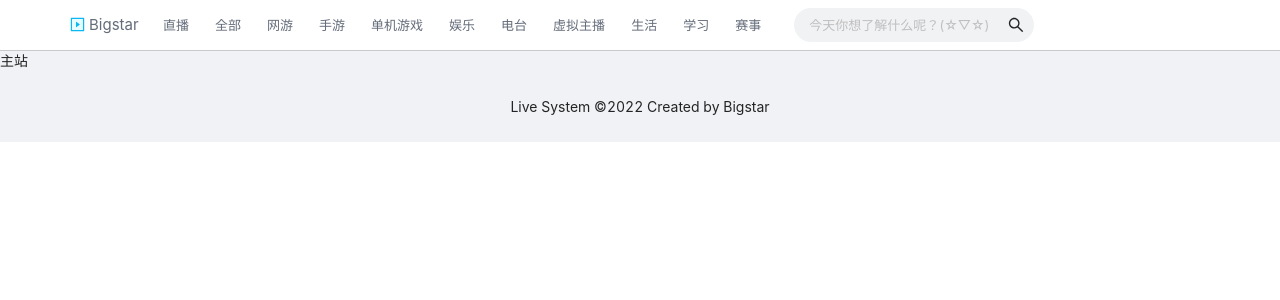
Repository: Bigstar-hyx/webrtc-react
Page: /
The author's editor kept a copy of each file at every save. The page is drawn from the files as they stood at one save, then again after the next save.
The browser window is 1280 px wide. The pictures show the whole page.
The project was rebuilt for these pictures with package versions that can differ from the ones it lists, and the page was loaded fresh each time. Also part of the build but not shown: craco.config.js, webpack.config.js, src/pages/live/Index.css, src/pages/live/component/Content/Video/video.css, src/pages/live/component/Content/Video/Video.js, src/pages/live/component/Content/Comments/comments.css, src/pages/live/component/Content/Comments/TalkSend.js, src/pages/live/component/Content/Comments/Talk.js and 5 more.

Above is the page before, as saved 2022-01-30 17:41:40.

### src/index.js
import * as React from 'react'
import * as ReactDOM from 'react-dom'
import { BrowserRouter } from 'react-router-dom'
import App from './App.js'

ReactDOM.render(
  <BrowserRouter>
    <App />
  </BrowserRouter>,
  document.getElementById('root')
)

### src/App.js
import * as React from 'react'
import { Routes, Route } from 'react-router-dom'

import LiveIndex from './pages/live/Index'
import HomeIndex from './pages/home/Index'
import ViewerIndex from './pages/viewer/Index'
import TopIndex from './top/Index'

import { Layout } from 'antd'

const { Header, Footer, Content } = Layout

function App() {
  return (
    <>
      <Layout>
        <Header>
          <TopIndex />
        </Header>
        <Content>
          <Routes>
            <Route path="/" element={<HomeIndex />} />
            <Route path="live" element={<LiveIndex />} />
            <Route path="viewer" element={<ViewerIndex />} />
          </Routes>
        </Content>
        <Footer style={{ textAlign: 'center' }}>Live System ©2022 Created by Bigstar</Footer>
      </Layout>
    </>
  )
}

export default App

### src/pages/home/Index.js
import React, { Component } from 'react'

export class HomeIndex extends Component {
  render() {
    return <div>主站</div>
  }
}

export default HomeIndex

### src/top/Index.js
// import { PlaySquareTwoTone } from 'antd'
import { PlaySquareTwoTone } from '@ant-design/icons'

import TopMenu from './component/TopMenu'
import TopSearch from './component/TopSearch'

import './index.css'

function TopIndex() {
  return (
    <>
      <div className="logo">
        <PlaySquareTwoTone twoToneColor="#0BB6F1" />
        &nbsp;Bigstar
      </div>
      <TopMenu />
      <TopSearch />
    </>
  )
}

export default TopIndex

### src/top/component/TopMenu.js
import './top-menu.css'

function TopMenu() {
  return (
    <div>
      <ul>
        <li>
          <a href="">直播</a>
        </li>
        <li>
          <a href="">全部</a>
        </li>
        <li>
          <a href="">网游</a>
        </li>
        <li>
          <a href="">手游</a>
        </li>
        <li>
          <a href="">单机游戏</a>
        </li>
        <li>
          <a href="">娱乐</a>
        </li>
        <li>
          <a href="">电台</a>
        </li>
        <li>
          <a href="">虚拟主播</a>
        </li>
        <li>
          <a href="">生活</a>
        </li>
        <li>
          <a href="">学习</a>
        </li>
        <li>
          <a href="">赛事</a>
        </li>
      </ul>
    </div>
  )
}

export default TopMenu

### src/top/component/TopSearch.js
import { Input } from 'antd'
import { SearchOutlined } from '@ant-design/icons'

import './top-search.css'

function TopSearch() {
  return (
    <div>
      <Input className="search" size="large" placeholder="今天你想了解什么呢？(☆▽☆)" suffix={<SearchOutlined />} />
    </div>
  )
}

export default TopSearch

### src/top/index.css
.ant-layout-header {
  height: 50px;
  padding: 0 50px;
  box-shadow: 0px 0px 1px #000;
  color: rgba(0, 0, 0, 0.85);
  line-height: 50px;
  background: #fff;
}
.logo {
  float: left;
  padding: 0px 0px 0px 20px;
  width: 100px;
  color: #646c7a;
  font-size: 15px;
}

### src/pages/live/component/Content/Comments/Comments.js
import React, { useState } from 'react'
import { Card } from 'antd'
import './comments.css'
import Talk from './Talk'
import SList from './SList'

const tabListNoTitle = [
  {
    key: 'talk',
    tab: '讨论区'
  },
  {
    key: 'slist',
    tab: '学员列表'
  }
]

const contentListNoTitle = {
  talk: <Talk />,
  slist: <SList />
}

function Comments() {
  const [activeTabKey2, setActiveTabKey2] = useState('talk')

  const onTab2Change = key => {
    setActiveTabKey2(key)
  }
  return (
    <div className="comments-box">
      <Card
        className="card"
        tabList={tabListNoTitle}
        activeTabKey={activeTabKey2}
        onTabChange={key => {
          onTab2Change(key)
        }}
      >
        {contentListNoTitle[activeTabKey2]}
      </Card>
    </div>
  )
}

export default Comments

### src/top/component/top-menu.css
ul {
  margin: auto 10px;
}
ul li a {
  float: left;
  color: #646c7a;
  font-size: 13px;
}

li {
  list-style: none;
}

li a {
  margin: 0 5px;
  padding: 0 8px;
}

a {
  /* text-decoration: none; */
}

### src/top/component/top-search.css
.search {
  float: left;
  margin: 8px 10px 8px 20px;
  padding: 0px 10px 0px 15px;
  border: none;
  border-radius: 20px;
  background: #f1f2f4;
  width: 240px;
  height: 34px;
}

.ant-input-affix-wrapper > input.ant-input {
  background: #f1f2f4;
  font-size: 13px;
}

### src/pages/live/component/Content/Comments/TalkList.js
import React from 'react'
import { Comment, Tooltip, List } from 'antd'
import moment from 'moment'

const data = [
  {
    author: '学员1',
    avatar: 'https://joeschmoe.io/api/v1/random',
    content: <p>老师真好看</p>
  },
  {
    author: '学员2',
    avatar: 'https://joeschmoe.io/api/v1/random',
    content: <p>讲得真好！</p>
  }
]

function TalkList() {
  return (
    <div>
      <List
        className="comment-list"
        itemLayout="horizontal"
        dataSource={data}
        renderItem={item => (
          <li>
            <Comment actions={item.actions} author={item.author} avatar={item.avatar} content={item.content} datetime={item.datetime} />
          </li>
        )}
      />
    </div>
  )
}

export default TalkList

### src/pages/live/component/Content/Comments/talk.css
* {
  margin: 0;
  padding: 0;
}
.talk-list {
  width: 100%;
  height: 480px;
}
.talk-send {
  width: 100%;
  height: 40px;
}

Loaded but not shown: public/index.html (common file)

After the next save:
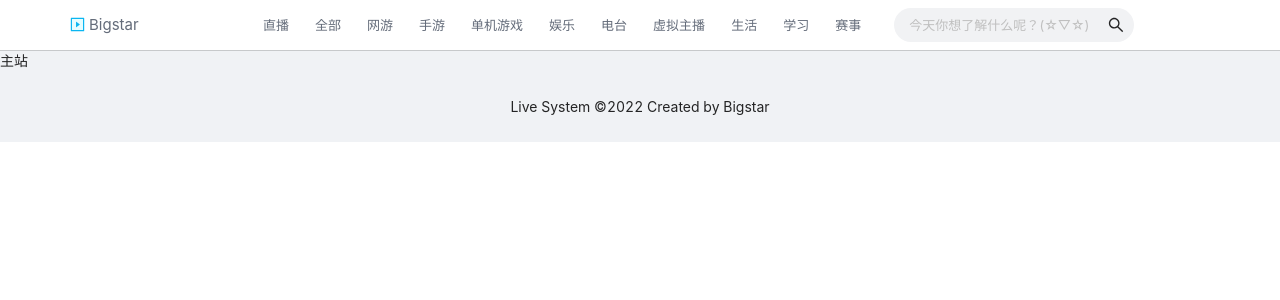
Saved 12 s later.
--- a/src/top/component/top-menu.css
+++ b/src/top/component/top-menu.css
@@ -1,5 +1,5 @@
 ul {
-  margin: auto 10px;
+  margin: auto 200px;
 }
 ul li a {
   float: left;

After the save that followed:
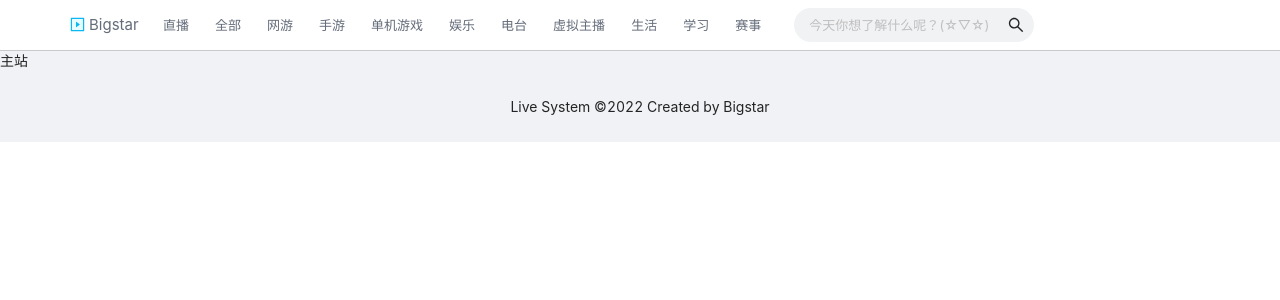
Saved 29 s later.
--- a/src/top/component/top-menu.css
+++ b/src/top/component/top-menu.css
@@ -1,5 +1,5 @@
 ul {
-  margin: auto 200px;
+  margin: auto;
 }
 ul li a {
   float: left;
